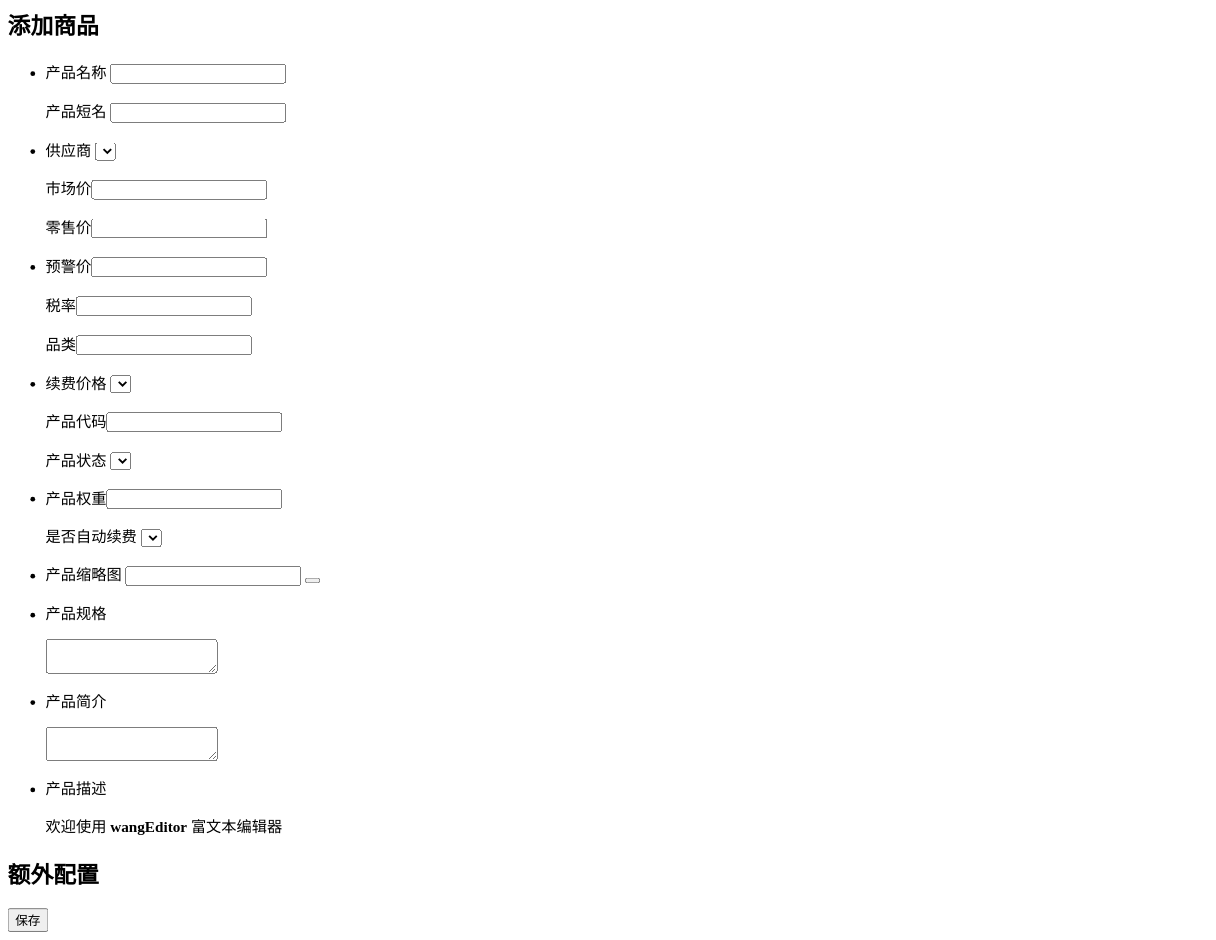
Repository: wangyan466393/racentSystem
Page: addProduct.html
The author's editor kept a copy of each file at every save. The page is drawn from the files as they stood at one save, then again after the next save.
The browser window is 1280 px wide. The pictures show the whole page, at 95% of full size.

Above is the page before, as saved 2020-08-19 21:37:15.

### addProduct.html
<div id="content_box">
    <h2>添加商品</h2>
    <div class="config_box">
        <div class="price_content">
            <ul>
                <li>
                    <p>
                        <span>产品名称</span>
                        <input type="text" >
                    </p>
                    <p>
                        <span>产品短名</span>
                        <input type="text" >
                    </p>

                </li>
                <li>
                    <p>
                        <span>供应商</span>
                        <select name="" id="" class="sel">
                            <option value=""></option>
                        </select>
                    </p>
                    <p>
                        <span>市场价</span><input type="number" >
                    </p>
                    <p>
                        <span>零售价</span><input type="number" >
                    </p>
                </li>
                <li>
                    <p>
                        <span>预警价</span><input type="number" >
                    </p>
                    <p>
                        <span>税率</span><input type="number" >
                    </p>
                    <p>
                        <span>品类</span><input type="text" >
                    </p>
                </li>
                <li>
                    <p>
                        <span>续费价格</span>
                        <select name="" id="" class="sel">
                            <option value=""></option>
                        </select>
                    </p>
                    <p>
                        <span>产品代码</span><input type="text" >
                    </p>
                    <p>
                        <span>产品状态</span>
                        <select name="" id="" class="sel">
                            <option value=""></option>
                        </select>
                    </p>
                </li>
                <li>

                    <p>
                        <span>产品权重</span><input type="text">
                    </p>
                    <p>
                        <span>是否自动续费</span>
                        <select name="" id="" class="sel">
                            <option value=""></option>
                        </select>
                    </p>
                    <p></p>
                </li>
                <li>
                    <p class="thumb_box">
                        <span>产品缩略图</span>
                        <label class="input_group">
                            <input type="text" class="form-control">
                            <span class="input-group-btn">
                                <button type="button" class="btn"></button>
                            </span>
                        </label>
                    </p>
                </li>
                <li>
                    <p> <span>产品规格</span></p>
                    <textarea class="e_content description"></textarea>
                </li>
                <li>
                    <p> <span>产品简介</span></p>
                    <textarea class="e_content description"></textarea>

                </li>
                <li>
                    <p> <span>产品描述</span></p>
                    <div id="editor" style="width: 100%;">
                        <p>欢迎使用 <b>wangEditor</b> 富文本编辑器</p>
                    </div>

                </li>
            </ul>
        </div>
    </div>

    <h2>额外配置</h2>

</div>
<div class="email_back_btn">
    <button type="button">保存</button>
</div>

After the next save:
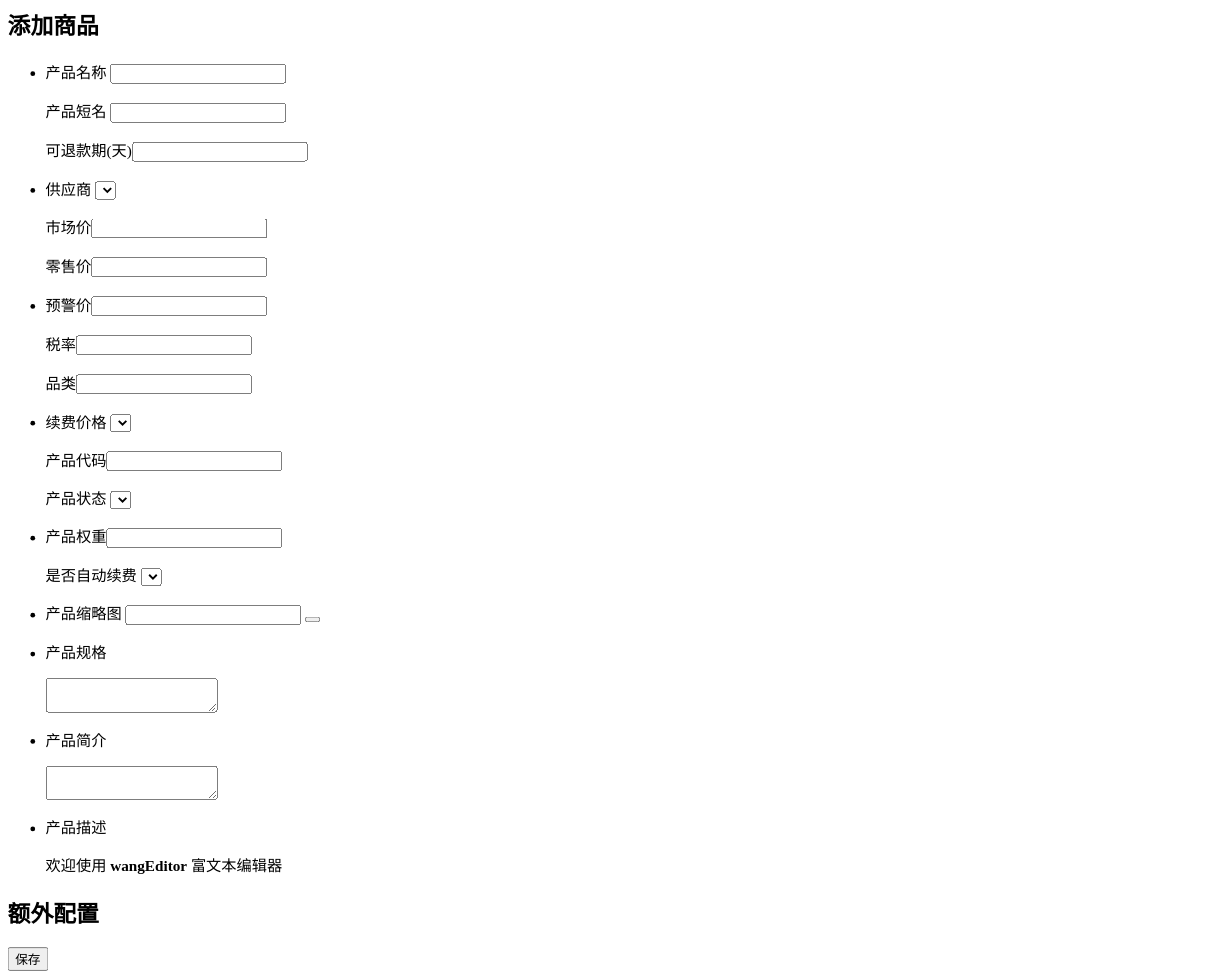
Saved 85 s later.
--- a/addProduct.html
+++ b/addProduct.html
@@ -12,7 +12,9 @@
                         <span>产品短名</span>
                         <input type="text" >
                     </p>
-
+                    <p>
+                        <span>可退款期(天)</span><input type="number" >
+                    </p>
                 </li>
                 <li>
                     <p>
